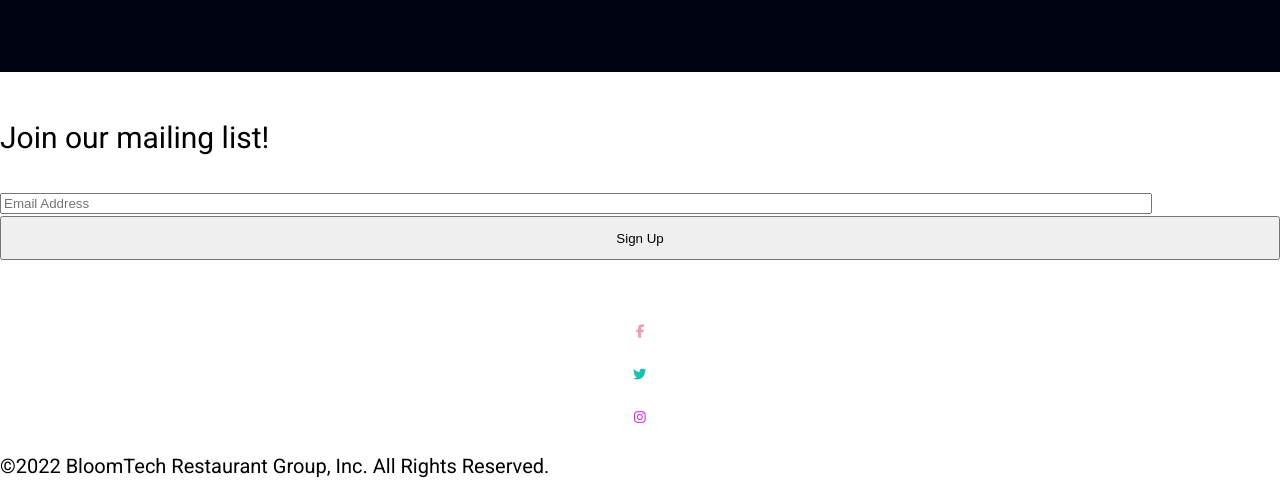
Repository: yoshimario/web-sprint-challenge-user-interface-responsive-design
Page: index.html
These files come from the project's save history. The page is drawn as it stood at one moment and after the next save; the edit follows.
The browser window is 1280 px wide. The pictures show the part of the page from y = 2667 to 3148 px (the page is 3148 px tall before and 2883 px after).
A picture or video elsewhere on the page could not be fetched, so the positions and the page height are approximate. Some web libraries are served in a nearby version.

Above is the page before, as saved 2023-06-14 22:51:01.

After the next save:
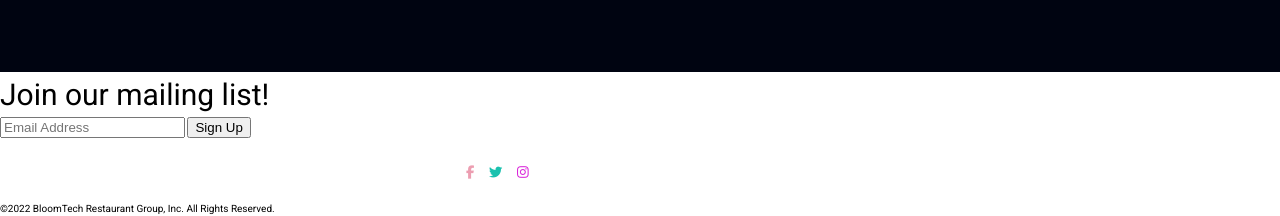
Saved 55 s later.
--- a/css/index.css
+++ b/css/index.css
@@ -362,45 +362,7 @@ nav a {
 }
 
 /* footer section */
-footer {
-    height: auto;
-    padding-top: 2.5vh;
-    font-size: 2rem;
-}
-
-.footerStyle {
-    flex-direction: column;
-    align-items: center;
-}
-
-.footerStyle div {
-    width: 100%;
-    max-width: 100%;
-    flex-direction: column;
-    align-items: center;
-}
-
-.footerStyle div h3 {
-    margin: 2% 0;
-}
-
-footer input {
-    width: 90%;
-    margin: 0;
-}
-
-#emailButton {
-    width: 100%;
-    padding: 1% 0%;
-    margin: 0;
-}
-
-#SignUp {
-    width: 100%;
-    padding: 1% 36.67%;
-}
-
-footer nav {
+
     width: 100%;
     flex-direction: column;
 }
